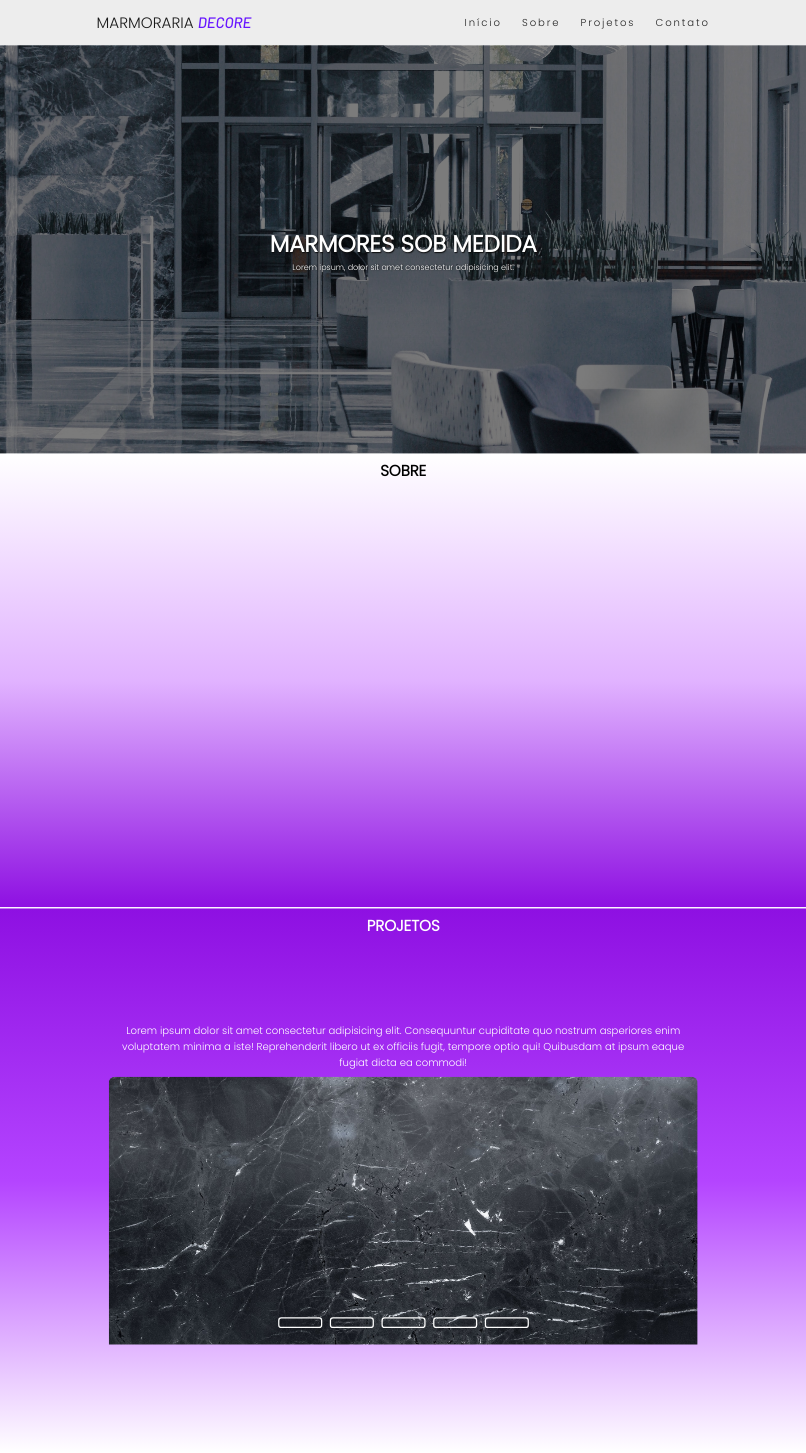
Repository: XFERRER7/projeto-xt7
Page: projetoMarmoraria/index.html
The author's editor kept a copy of each file at every save. The page is drawn from the files as they stood at one save, then again after the next save.
The browser window is 1280 px wide. The pictures show the whole page, at 63% of full size.

Above is the page before, as saved 2022-04-21 17:20:09.

After the next save:
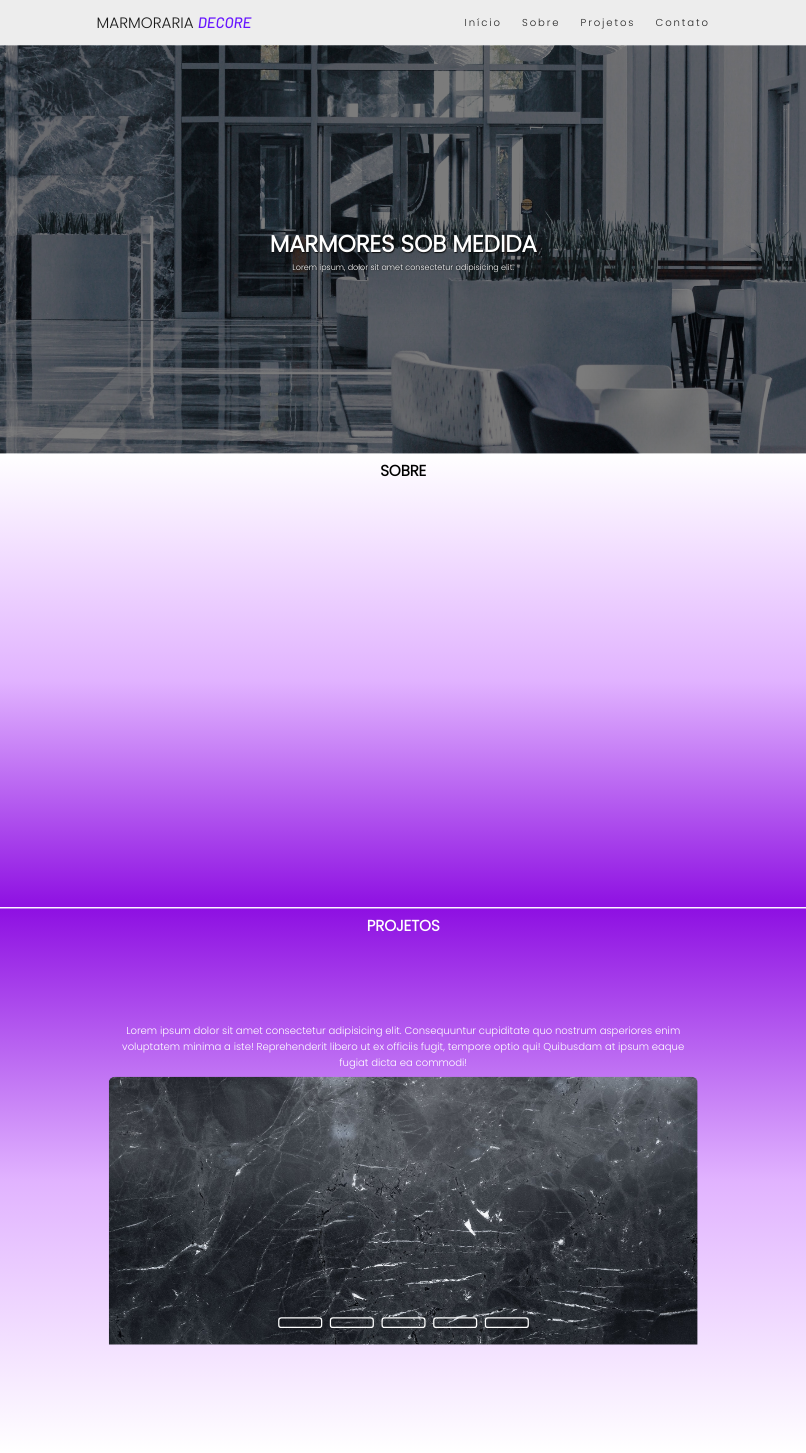
Saved 29 s later.
--- a/projetoMarmoraria/css/style.css
+++ b/projetoMarmoraria/css/style.css
@@ -197,7 +197,7 @@ main {
 
 .section-a {
   height: 120vh;
-  background-image: linear-gradient(to top, #fff, rgb(180, 68, 255), rgb(142, 16, 226));
+  background-image: linear-gradient(to top, #fff, rgb(225, 179, 255), rgb(142, 16, 226));
   position: relative;
   color: #fff;
 }
